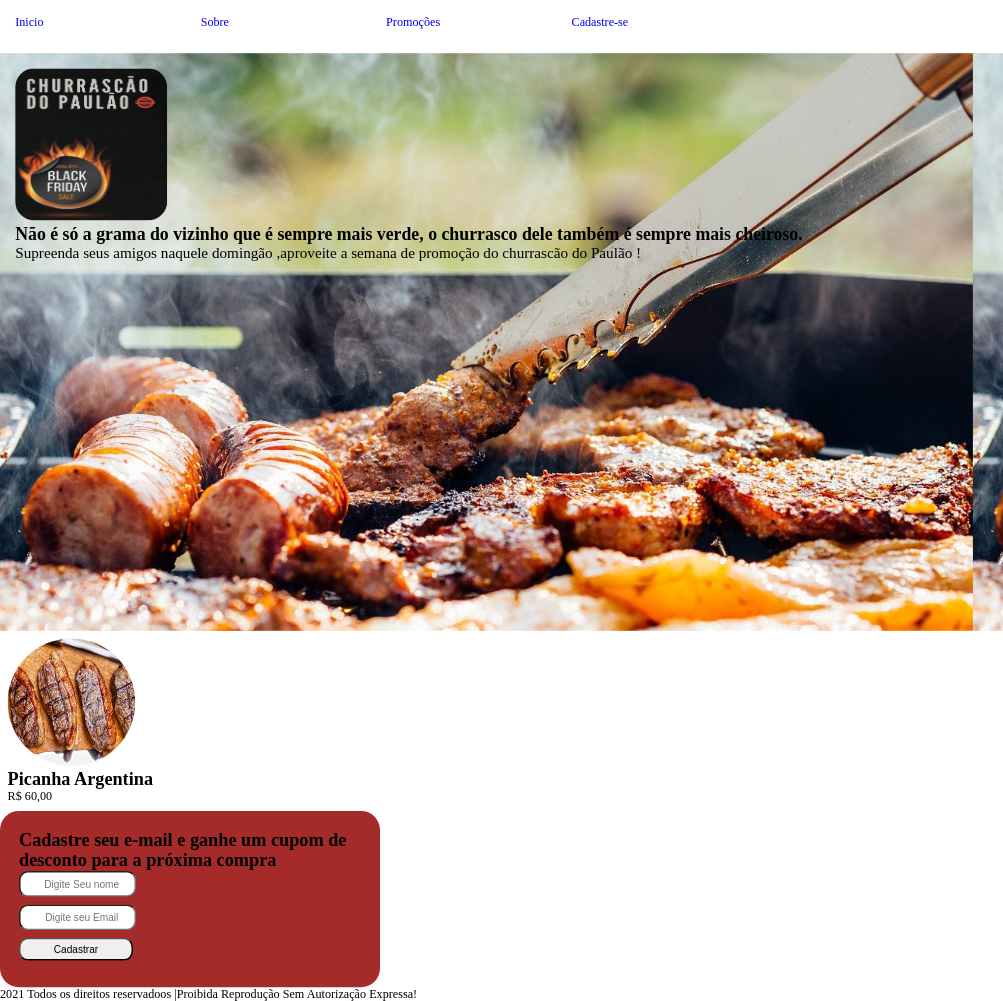
Repository: PauloMarquess/ProjetoBlackFriday
Page: index.html
The author's editor kept a copy of each file at every save. The page is drawn from the files as they stood at one save, then again after the next save.
The browser window is 1280 px wide. The page is 1320 px wide, so the pictures cover 1320 px, including what lies to the right of the window. The pictures show the whole page, at 76% of full size.

Above is the page before, as saved 2021-07-15 16:38:59.

### index.html
<!DOCTYPE html>
<html lang="pt-Br">

<head>
    <meta charset="UTF-8">
    <meta http-equiv="X-UA-Compatible" content="IE=edge">
    <meta name="viewport" content="width=device-width, initial-scale=1.0">
    <link rel="stylesheet" href="./css/style.css">
    <title>Churrascão do Paulão</title>
</head>

<body>
    <nav class="menu">
        <ul>
            <li><a href="#">Inicio</a></li>
            <li><a href="#">Sobre</a></li>
            <li><a href="#">Promoções</a></li>
            <li><a href="#">Cadastre-se</a></li>
        </ul>
    </nav>

    <section class="container background-section">
        <img src="./img/icone.jpeg ">
        <h3>Não é só a grama do vizinho que é sempre mais verde, o churrasco dele também é sempre mais cheiroso.</h3>
        <p>Supreenda seus amigos naquele domingão ,aproveite a semana de promoção do churrascão do Paulão !</p>

    </section>
<div class="produtos">
    <section">
        <img src="./img/picanha.jpg" alt="Picanha Argentina">
        <h2>Picanha Argentina</h2>
        <p>R$ 60,00</p>
    </section>
</div>

    <section class="formulario">
        <h2>Cadastre seu e-mail e ganhe um cupom de desconto para a próxima compra</h2>
        <div id="content">
            <form id="form">
                <input type="text" placeholder="   Digite Seu nome" id="name">
                <input type="email" placeholder="   Digite seu Email" id="email">
                <input type="submit" value="Cadastrar">

            </form>
        </div>
    </section>
    <footer>2021 Todos os direitos reservadoos |Proibida Reprodução Sem Autorização Expressa!</footer>

</body>
<script src="./script.js"></script>

</html>

### css/style.css
* {
    padding: 0;
    margin:0;
    list-style: none;
    text-decoration: none;

}
html{
    scroll-behavior: smooth;
}

.menu ul li {
    display: inline-block;
    width: 200px;
    height: 30px;
    padding: 20px;


}


.container{
    width: 100%;
    height: 100vh;
    display: inline-block;
    align-items: center;
    color: black;
    font-size: 20px;
    padding: 20px;
}
.container img {
    width: 200px;
    height: 200px;
    border-radius: 25px;
    opacity: 90%;
}
.background-section {
    background-image: url(../img/barbecue-820010_1280.jpg)

}


.formulario {
    background-color: brown;
    border-radius: 25px;
    padding: 25px;
    align-items: center;
    max-width: 450px;
}
.formulario form {

    display: grid;
    width: 150px;
    align-items: center;
}
input {
    width: 100%;
    border-radius: 12px;
   height: 30px;
   margin-bottom: 10px;
   text-align: center;
}

.produtos {
    padding: 10px;
    display: inline-block;
}
.produtos img{
    width: 168px;
     height: 168px;
     border-radius: 103%;
}

### script.js
const form = document.getElementById ('form')

form.addEventListener('submit',(e) =>{
    e.preventDefault()
    let nome =document.getElementById('name').value;
    let email =document.getElementById('email').value;
    console.log(nome,email)
    let data ={
        nome,email,
    }
let converteData =JSON.stringify(data);
localStorage.setItem('lead',converteData)

let content = document.getElementById('content')

let carregando = `<p>carregando...</p>`

let enviado =`<p>Cadastrado com sucesso</p>`

content.innerHTML =carregando

setTimeout(() => {
content.innerHTML = enviado
},1500)

})

After the next save:
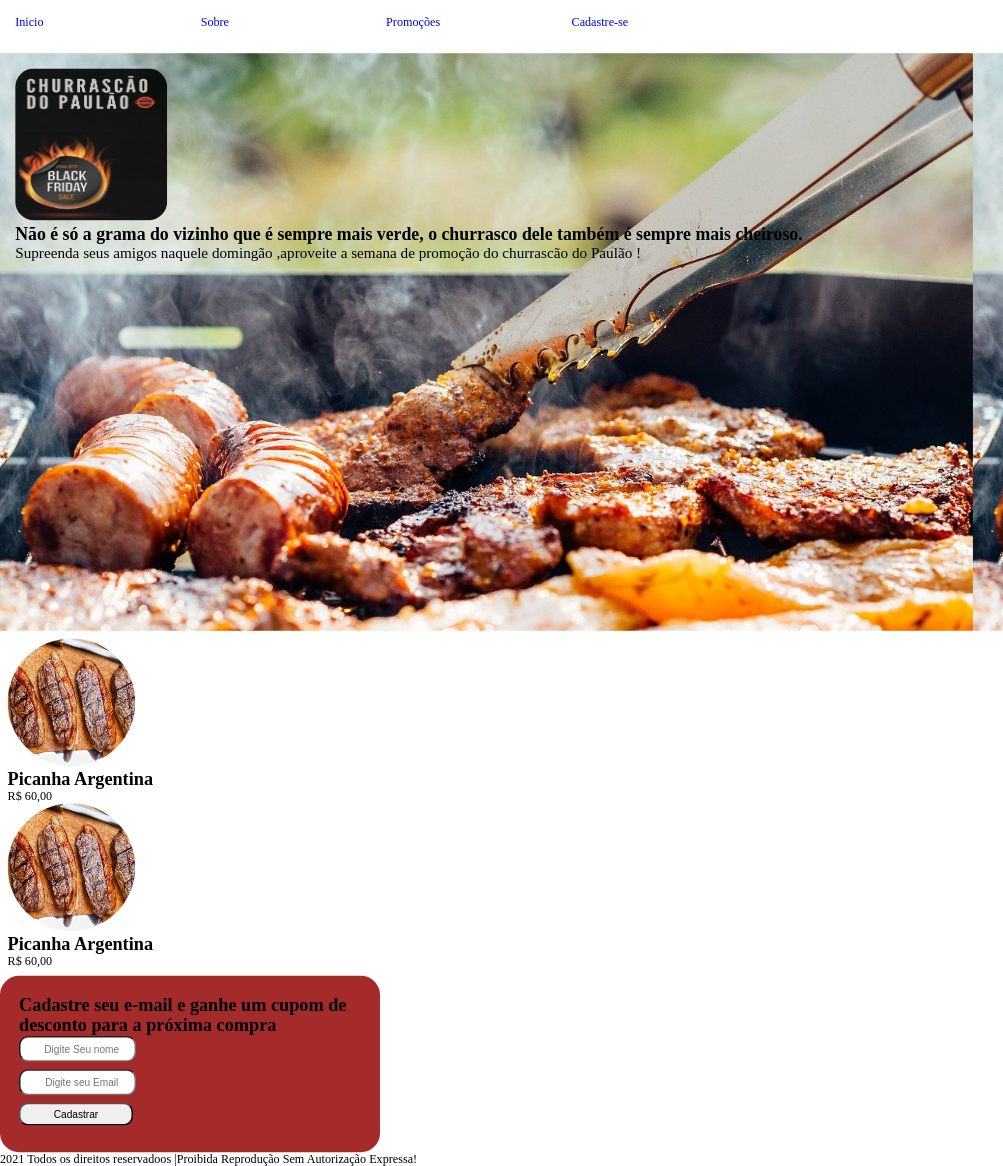
Saved 15 s later.
--- a/index.html
+++ b/index.html
@@ -31,6 +31,13 @@
         <h2>Picanha Argentina</h2>
         <p>R$ 60,00</p>
     </section>
+
+    <section">
+        <img src="./img/picanha.jpg" alt="Picanha Argentina">
+        <h2>Picanha Argentina</h2>
+        <p>R$ 60,00</p>
+    </section>
+
 </div>
 
     <section class="formulario">
